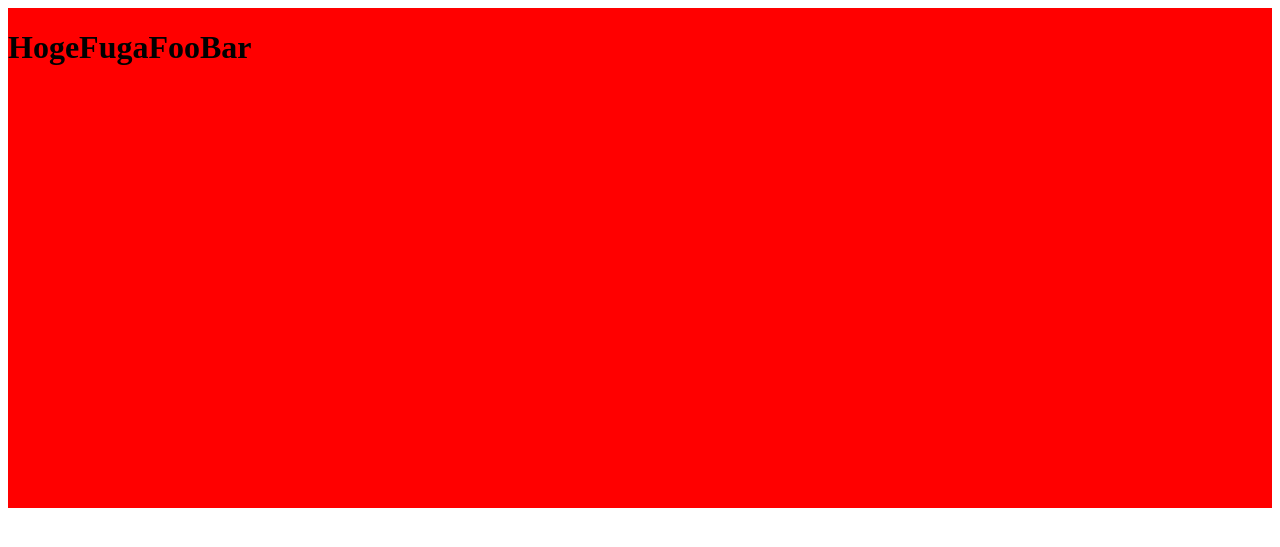
Repository: ag-fukuman/samurai_HTML-CSS
Page: about.html
The author's editor kept a record of every edit. The page is drawn from the files as they stood at one moment, then again after the next edit.
The browser window is 1280 px wide. The pictures show the whole page.

Above is the page before.

After the next edit:
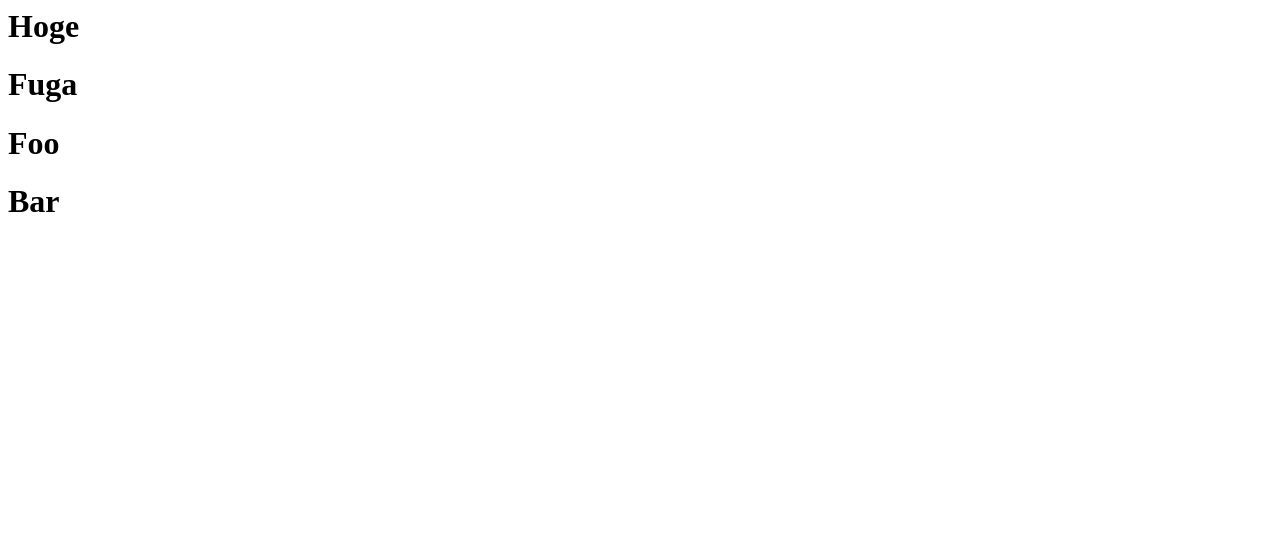
The edit:
--- a/about.html
+++ b/about.html
@@ -10,7 +10,7 @@
         </style>
     </head>
     <body>
-        <div class="sort">
+        <div id="sort">
             <h1>Hoge</h1>
             <h1>Fuga</h1>
             <h1>Foo</h1>

After the edit that followed:
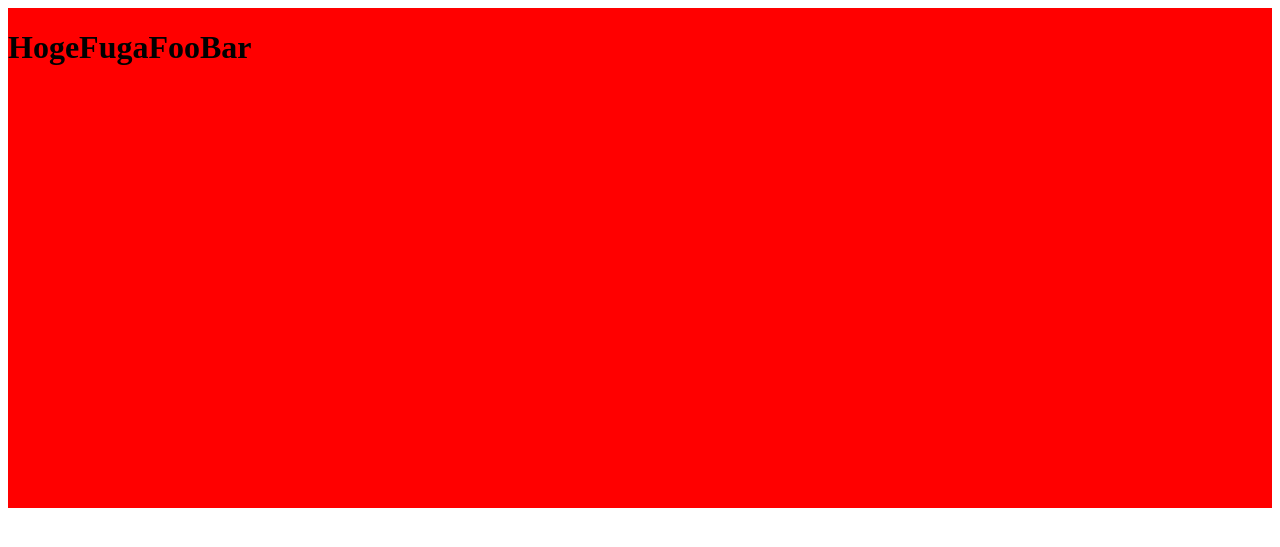
The edit:
--- a/about.html
+++ b/about.html
@@ -1,7 +1,7 @@
 <html lang="ja">
     <head>
         <style>
-            .sort {
+            #sort {
                 display: flex;
                 align-content: flex-start;
                 background-color: red;
